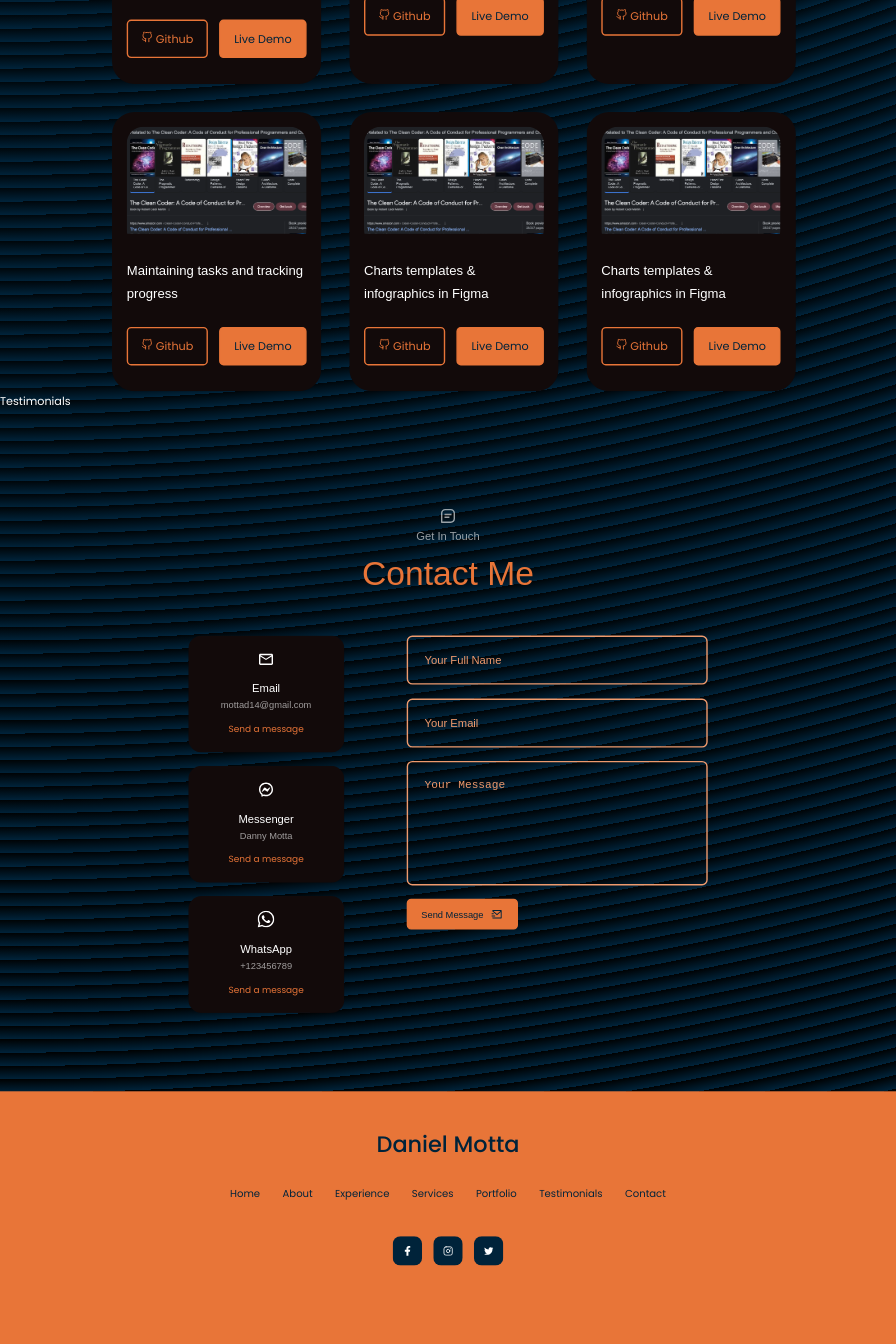
Repository: mottad14/dani_portfolio
Page: /
An editor plug-in stored every save of this project. The page is shown before and after the next save, followed by the edit.
The browser window is 1280 px wide. The pictures show the part of the page from y = 3550 to 5470 px (the page is 5470 px tall before and 5447 px after), at 70% of full size.
The project was rebuilt for these pictures with package versions that can differ from the ones it lists, and the page was loaded fresh each time. Also part of the build but not shown: src/components/services/services.css, src/components/services/Services.jsx, src/components/testimonials/testimonials.css. Imported but missing from the stored project, and not drawn on this page: src/components/assets/cv.pdf.

Above is the page before, as saved 2022-08-17 14:22:08.

After the next save:
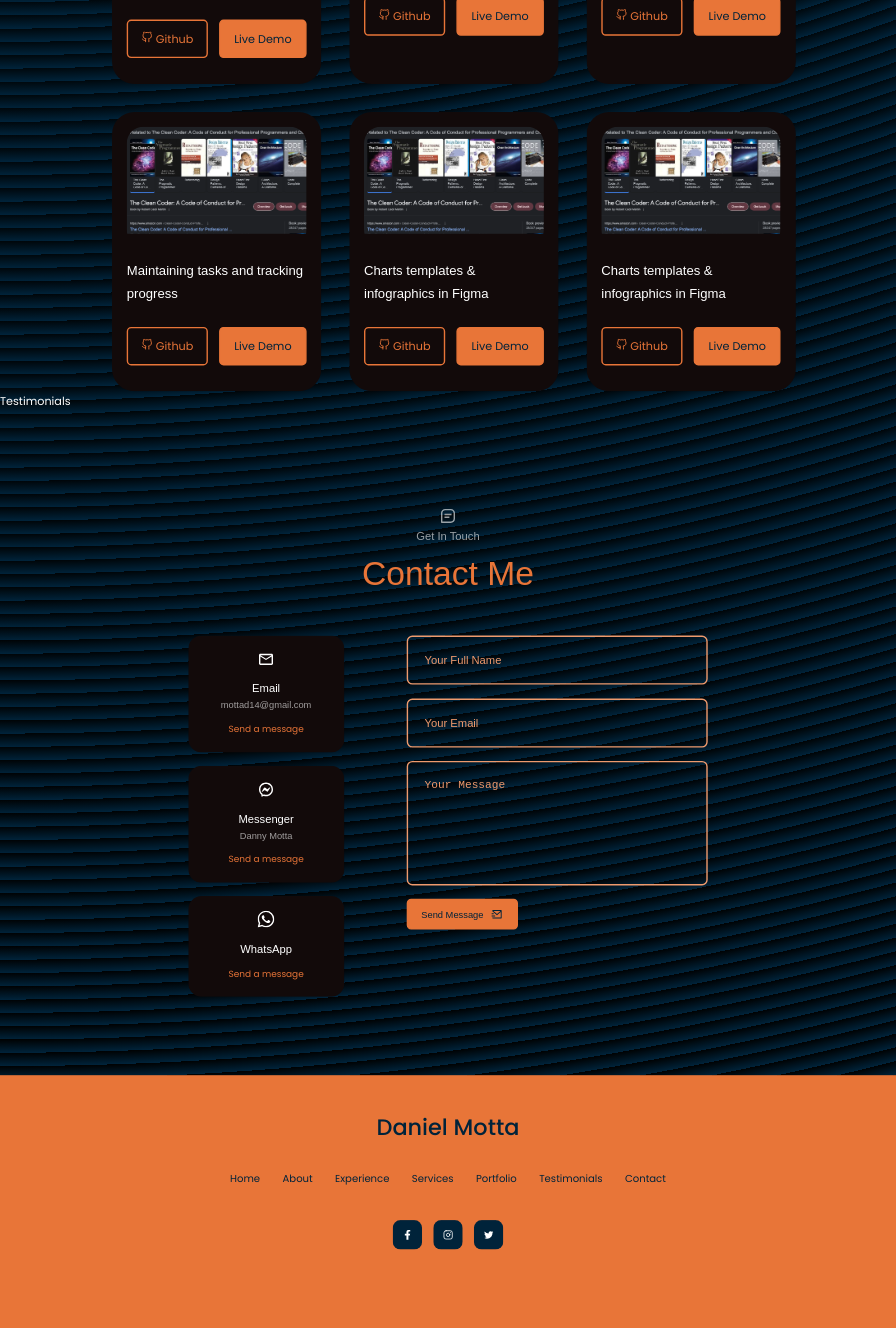
Saved 22 s later.
--- a/src/components/contact/Contact.jsx
+++ b/src/components/contact/Contact.jsx
@@ -41,7 +41,7 @@ const Contact = () => {
           <article className="contact__option">
             <BsWhatsapp className='contact__option-icon'/>
             <h4>WhatsApp</h4>
-            <h5>+123456789</h5>
+            <h5></h5>
             <a href="https://api.whatsapp.com/send?phone=18479029049" target="_blank">Send a message</a>
           </article>
         </div>
